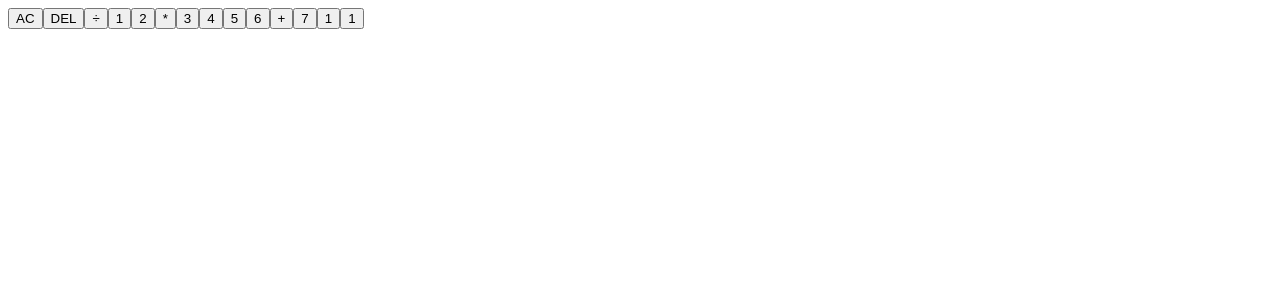
Repository: Ellisvelandia/Calculator
Page: /
An editor plug-in stored every save of this project. The page is shown before and after a run of saves, followed by the edit.
The browser window is 1280 px wide. The pictures show the whole page.
The project was rebuilt for these pictures with package versions that can differ from the ones it lists, and the page was loaded fresh each time. Also part of the build but not shown: src/index.css, src/App.css.

Above is the page before, as saved 2022-08-15 23:32:39.

After the next 2 saves:
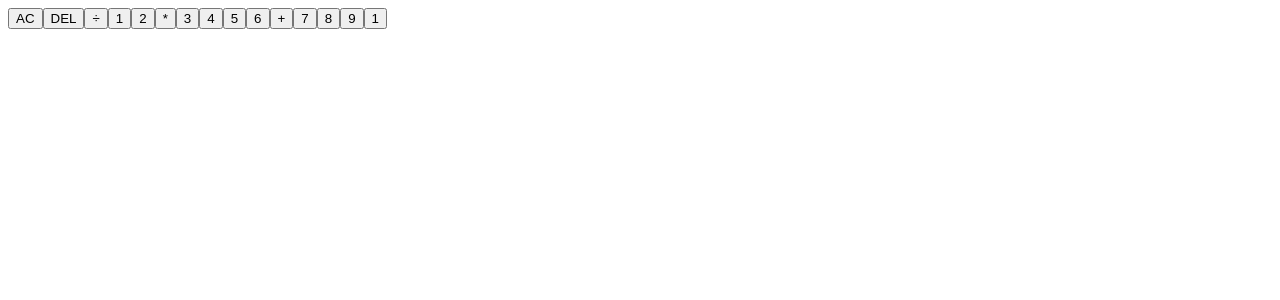
The 2 saves are shown as one change because they came seconds apart.
The last was saved 8 s later.
--- a/src/App.js
+++ b/src/App.js
@@ -19,7 +19,8 @@ function App() {
       <button>6</button>
       <button>+</button>
       <button>7</button>
-      <button>1</button>
+      <button>8</button>
+      <button>9</button>
       <button>1</button>
 
     </div>
